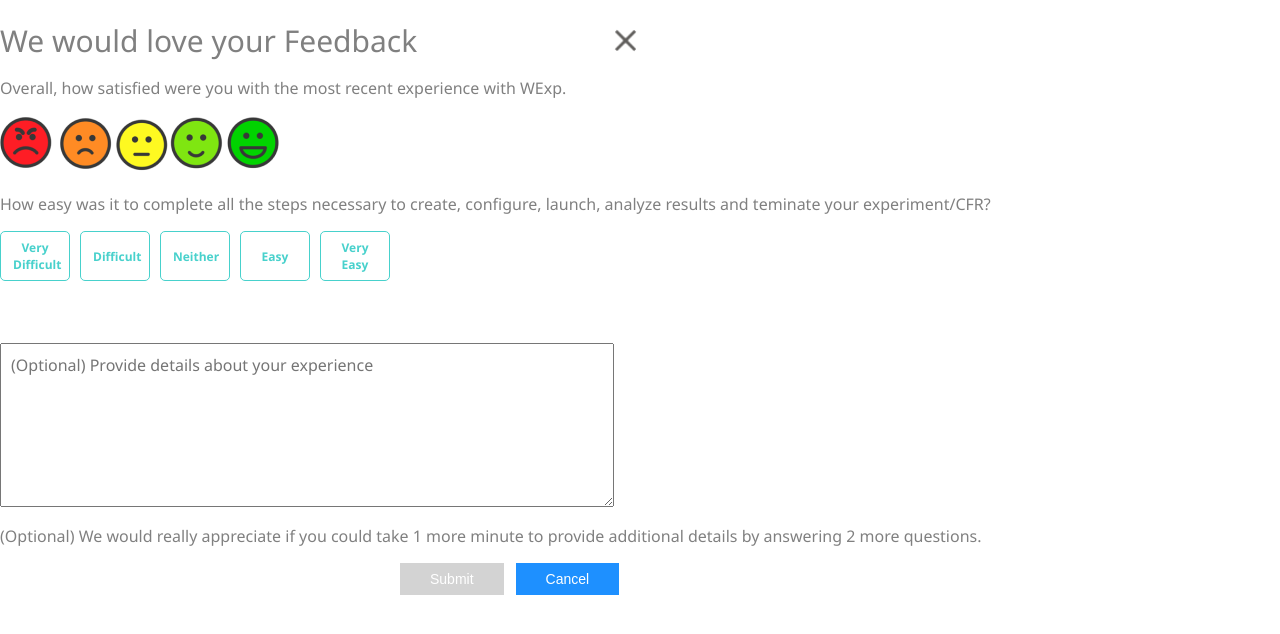
Repository: msfinnan/react-mobx-feedback-form
Page: /
An editor plug-in stored every save of this project. The page is shown before and after the next save, followed by the edit.
The browser window is 1280 px wide. The pictures show the whole page.
The project was rebuilt for these pictures with package versions that can differ from the ones it lists, and the page was loaded fresh each time.

Above is the page before, as saved 2019-08-27 15:03:21.

After the next save:
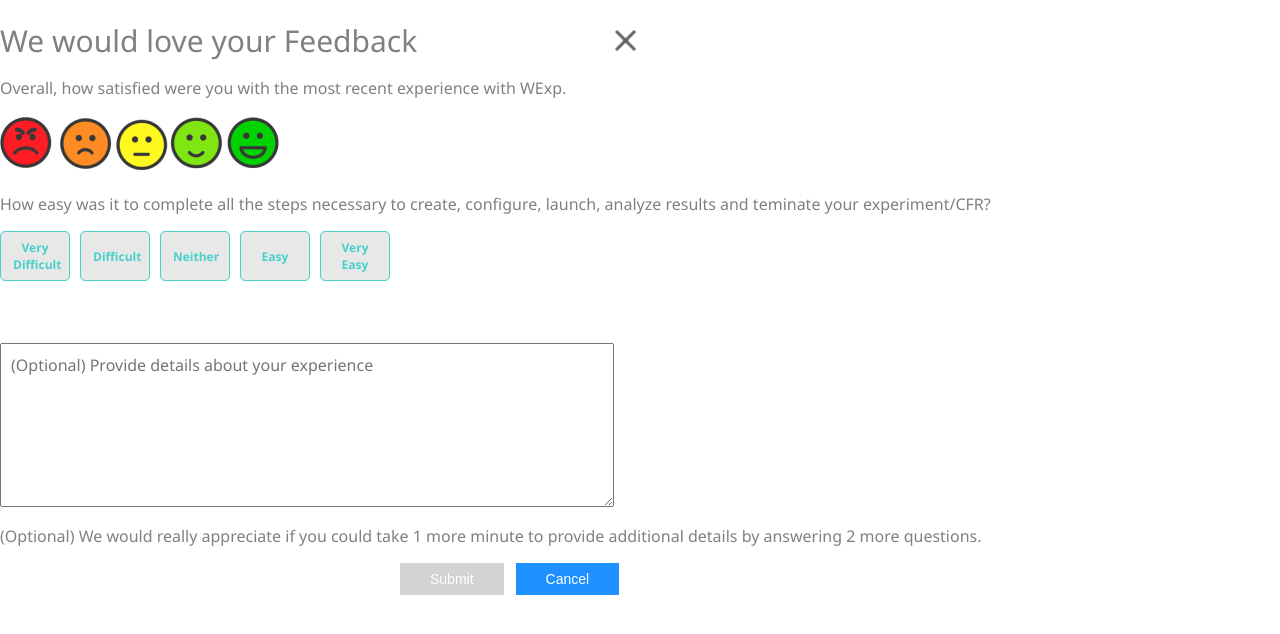
Saved 9 s later.
--- a/src/Components/DifficultyButton.tsx
+++ b/src/Components/DifficultyButton.tsx
@@ -16,7 +16,7 @@
 
     constructor(props: DifficultyButtonProps) {
         super(props);
-        this.props.buttonStore.difficultyButtonClicked = false;
+        this.props.buttonStore.difficultyButtonClicked = true;
     }
 
     // @action

After the save that followed:
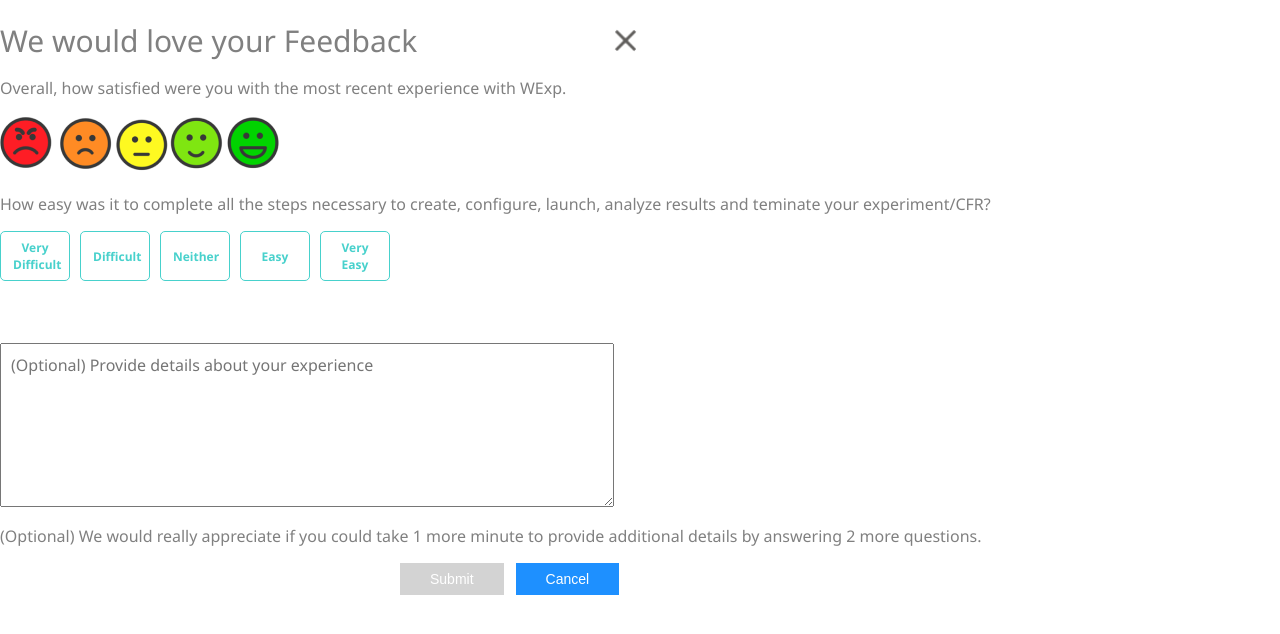
Saved 4 s later.
--- a/src/Components/DifficultyButton.tsx
+++ b/src/Components/DifficultyButton.tsx
@@ -16,7 +16,7 @@
 
     constructor(props: DifficultyButtonProps) {
         super(props);
-        this.props.buttonStore.difficultyButtonClicked = true;
+        this.props.buttonStore.difficultyButtonClicked = false;
     }
 
     // @action
